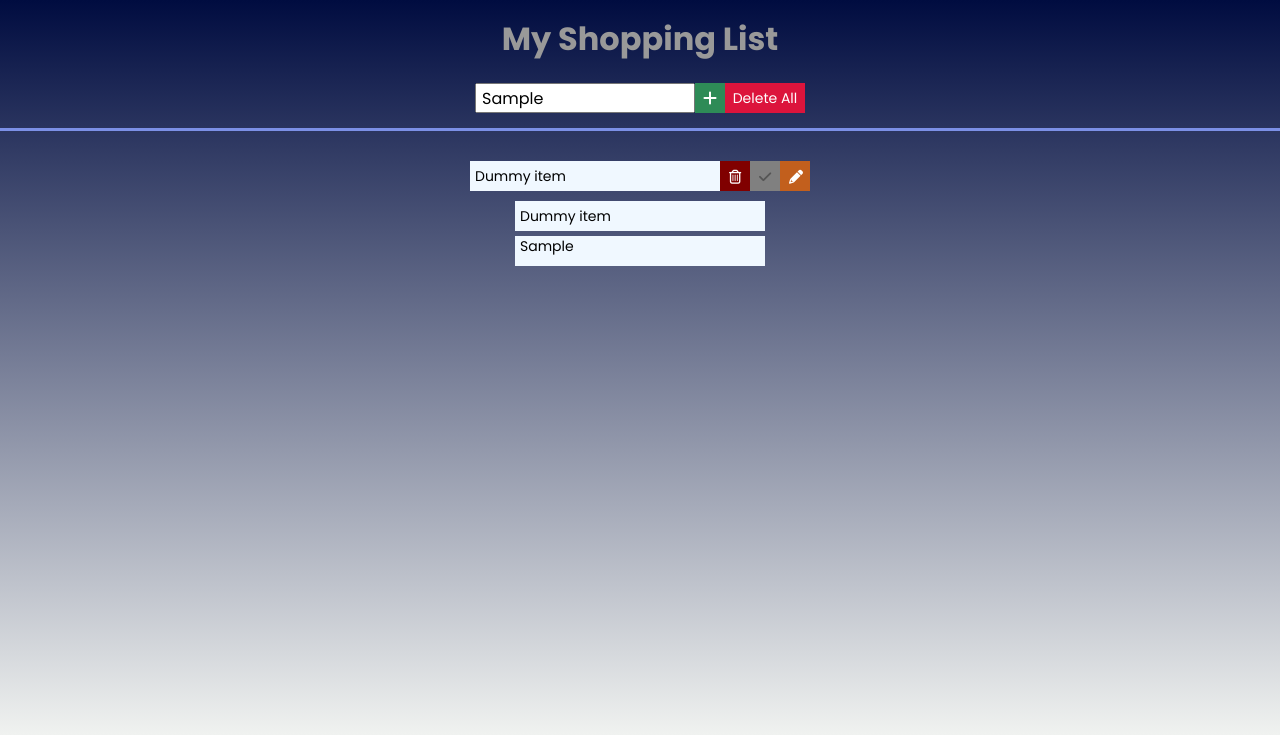
Repository: SaadYasin/shopping-list01-js
Page: index.html
The author's editor kept a copy of each file at every save. The page is drawn from the files as they stood at one save, then again after a run of saves.
The browser window is 1280 px wide. The pictures show the whole page.
Empty fields were first filled with sample values (such as "Sample", 5 or name@example.com).
After loading, the first visible `#btn` was clicked once.

Above is the page before, as saved 2021-12-05 20:10:19.

### index.html
<!DOCTYPE html>
<html lang="en">
<head>
    <meta charset="UTF-8">
    <meta http-equiv="X-UA-Compatible" content="IE=edge">
    <meta name="viewport" content="width=device-width, initial-scale=1.0">
    <title>Shopping List App</title>
    <link rel="stylesheet" href="styles.css">
    <link rel="preconnect" href="https://fonts.googleapis.com">
    <link rel="preconnect" href="https://fonts.gstatic.com" crossorigin>
    <link href="https://fonts.googleapis.com/css2?family=Poppins:ital,wght@0,100;0,300;0,400;0,600;0,700;1,100;1,300;1,400;1,600;1,700&display=swap" rel="stylesheet">

    <link rel="stylesheet" href="https://cdnjs.cloudflare.com/ajax/libs/font-awesome/6.0.0-beta3/css/all.min.css">

</head>
<body>
    <header>
        <h1>My Shopping List</h1>

        <div id="input-form">
            <input type="text" id="item-txt" name="item-text" placeholder="Enter item" aria-label="Enter item" required>

            <button id="btn" class="btn plus-btn" type="button"><i class="fa fa-plus" aria-hidden="true"></i></button>

            <button class="btn btn-delete-all" type="button" >Delete All</button>

        </div>

        <div id="divider"></div>

        <div class="container">
            <ul id="items-list">
                <div class="list-line">
                    <div>
                        <li class="item">Dummy item</li>
                    </div>
                    <span class="btn btn-delete-item"><i class="far fa-trash-alt"></i></span>
                    <span class="btn btn-done"><i class="fas fa-check"></i></span>
                    <span class="btn btn-edit"><i class="fas fa-pencil-alt"></i></span>
                </div>
                <div class="list-line">
                    <div>
                        <li class="item">Dummy item</li>
                    </div>

                </div>
            </ul>
        </div>
    </header>
    <script src="app.js"></script>
</body>
</html>

### styles.css
* {
    padding: 0;
    margin: 0;
    box-sizing: border-box;
    font-family: 'Poppins', sans-serif;
}

body {
    min-height: 100vh;
    background: #F0F2F0;  /* fallback for old browsers */
background: -webkit-linear-gradient(to top, #f0f2f0 , #000C40);  /* Chrome 10-25, Safari 5.1-6 */
background: linear-gradient(to top,#f0f2f0 , #000C40); /* W3C, IE 10+/ Edge, Firefox 16+, Chrome 26+, Opera 12+, Safari 7+ */


}

header h1 {
    color: #999;
    text-align: center;
    margin-top: 15px;
}

#input-form {
    display: flex;
    margin-top: 20px;
    justify-content: center;
}

#item-txt {
    height: 30px;
    width: 220px;
    font-size: 16px;
    padding-left: 5px;
}

.btn {
    width: 30px;
    height: 30px;
    border: none;
    outline: none;
    font-size: 14px;
    color: #fff;
    cursor: pointer;
}

.plus-btn {
    background-color: seagreen;
    color: #fff;
    font-size: 16px;
}

.btn-delete-all {
    width: 80px;
    background-color: crimson;

}

#divider {
    width: 100vw;
    height: 3px;
    background-color: #7c90e6;
    margin-top: 15px;
}

.container {
    width: 100%;
    padding-top: 20px;

}

#items-list {
    display: flex;
    flex-direction: column;
    list-style-type: none;
}

.list-line {
    display: flex;
    justify-content: center;
    margin-top: 5px;
}

.item {
    align-items: center;
}

li {
    display: flex;
    width: 250px;
    height: 30px;
    font-size: 14px;
    background-color: aliceblue;
    padding-left: 5px;
    margin-top: 5px;
    margin-left: auto;
    margin-right: auto;

}

.btn-delete-item {
    width: 30px;
    margin-top: 5px;
    background-color: maroon;
    color: #fff;

}

.far {
    margin: 9px;

}

.fas {
    margin: 9px;

}

.btn-done {
    width: 30px;
    border: none;
    margin-top: 5px;
    background-color: gray;
    color: #555;
    font-size: 14px;
}

.btn.btn-edit {
    width: 30px;
    margin-top: 5px;
    background-color: rgb(194, 95, 29);
    color: #fff;

}

### app.js
const addBtn = document.querySelector('#btn');
const inputText = document.querySelector('#item-txt');
const list = document.querySelector('.container ul');
const listLine = document.querySelector('.list-line');

addBtn.addEventListener('click', (e) => {

    // Check that there is an input text
    if (inputText.value !== "") {
        e.preventDefault();

        // Create li
        const newLi = document.createElement('li');
        newLi.innerHTML = inputText.value;
        list.appendChild(newLi);

        // Create delete button
        const trashBtn = document.createElement('span.btn-delete-item');

        listLine.appendChild(trashBtn);

    }
});

After the next 6 saves:
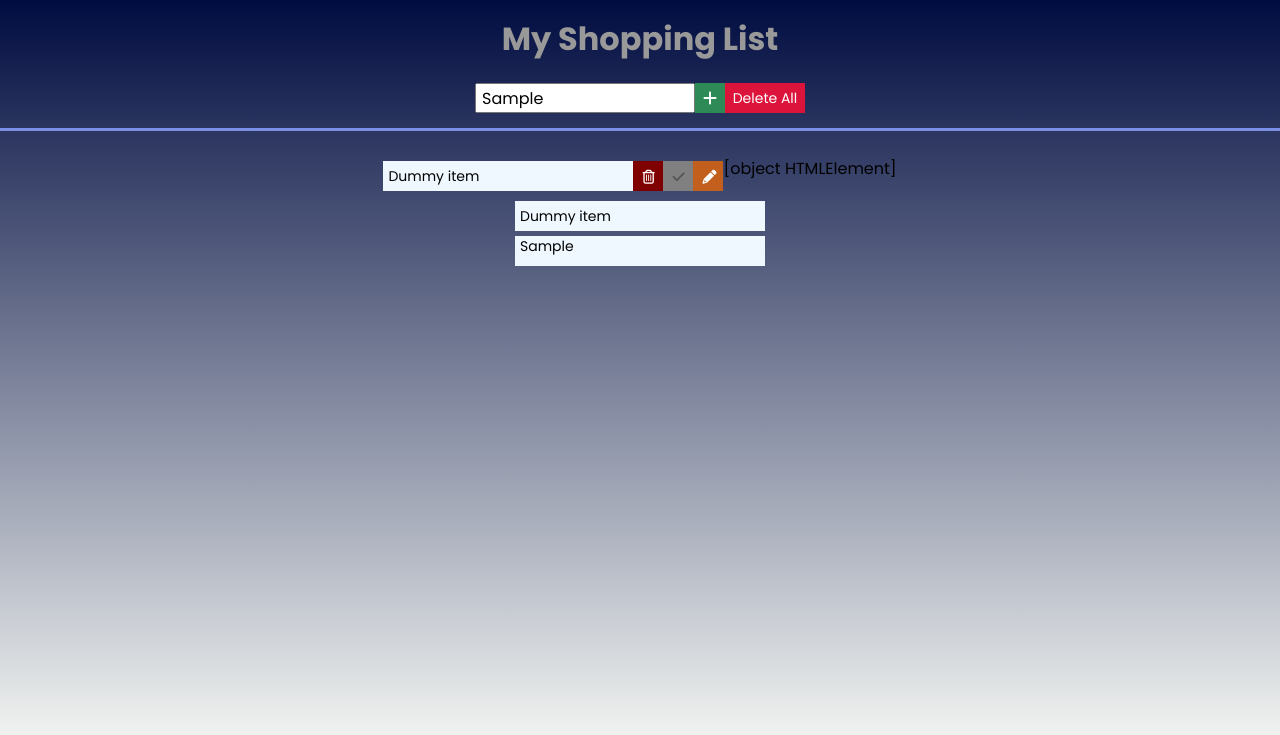
The 6 saves are shown as one change because they came seconds apart.
The last was saved 17 s later.
--- a/app.js
+++ b/app.js
@@ -16,7 +16,7 @@ addBtn.addEventListener('click', (e) => {
 
         // Create delete button
         const trashBtn = document.createElement('span.btn-delete-item');
-
+        trashBtn.innerHTML =
         listLine.appendChild(trashBtn);
 
     }
